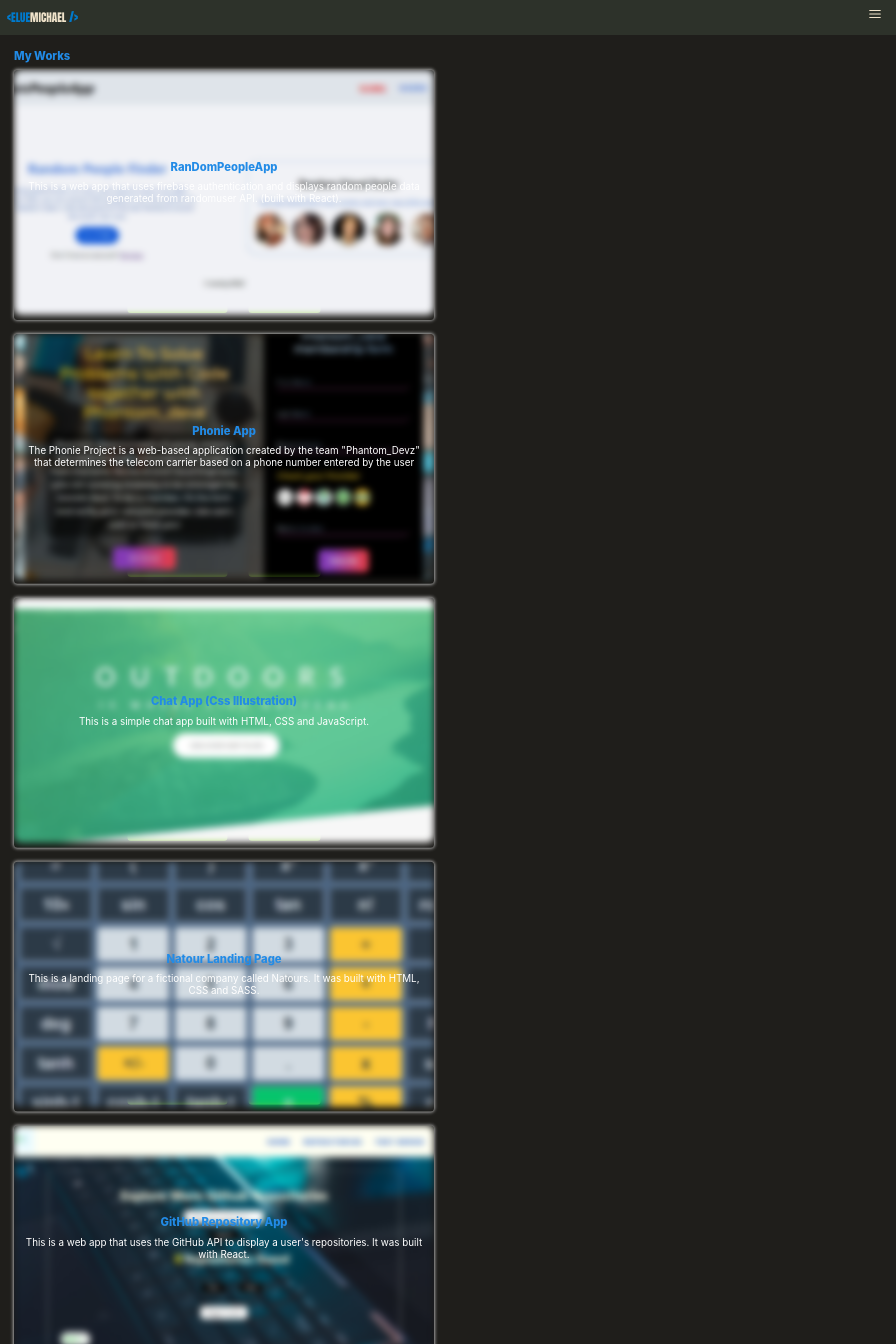
Repository: MikkyPrestige/portfolio
Page: /projects
The author's editor kept a copy of each file at every save. The page is drawn from the files as they stood at one save, then again after the next save.
The browser window is 1280 px wide. The pictures show the part of the page from y = 0 to 1920 px (the page is 5001 px tall), at 70% of full size.
The project was rebuilt for these pictures with package versions that can differ from the ones it lists, and the page was loaded fresh each time. Also part of the build but not shown: src/components/avatar.jsx, src/components/home.jsx, src/components/about.jsx, src/components/fallback.jsx.

Above is the page before, as saved 2023-02-21 17:31:19.

After the next save:
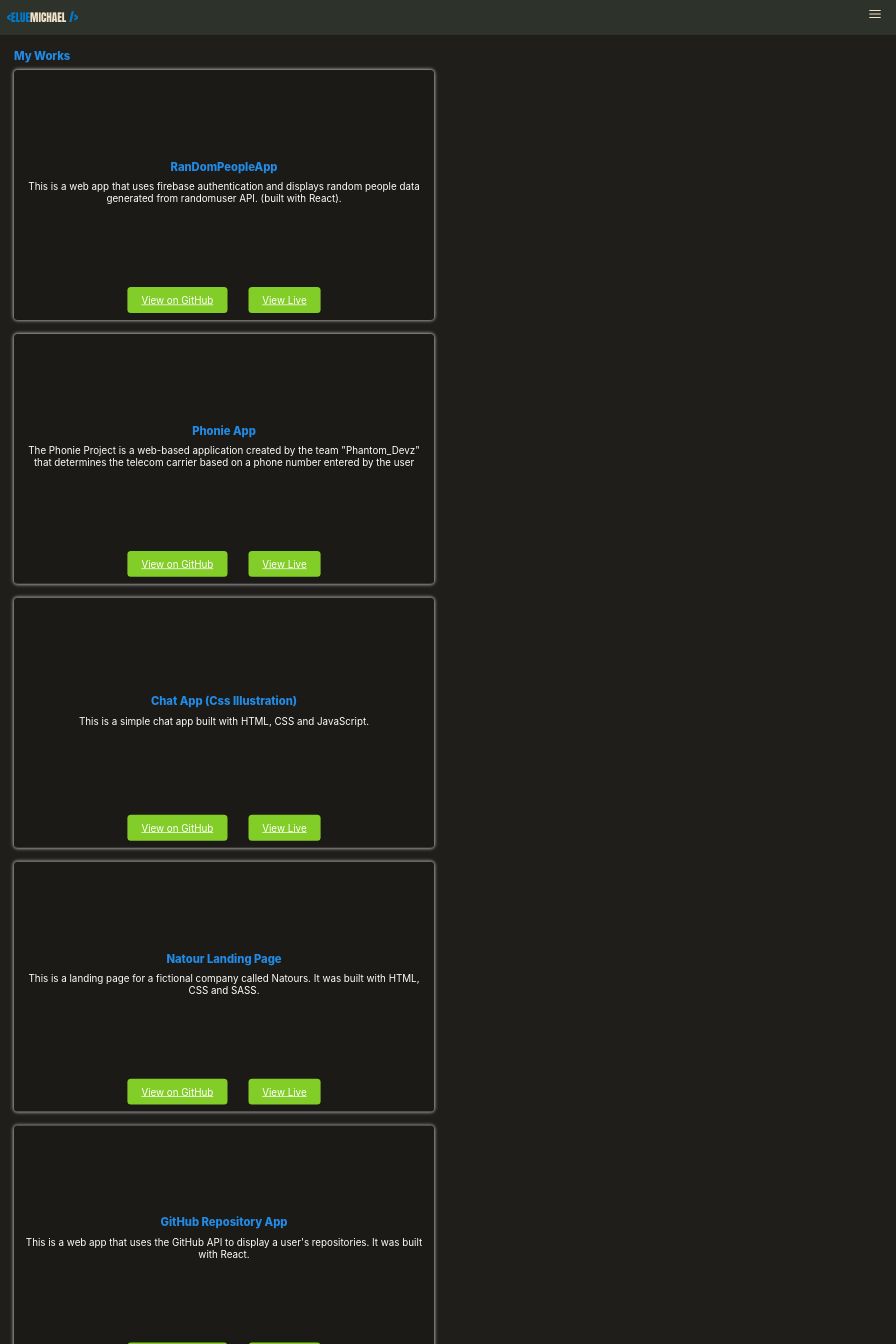
Saved 31 s later.
--- a/src/assets/styles/sass/pages/_projects.scss
+++ b/src/assets/styles/sass/pages/_projects.scss
@@ -49,7 +49,7 @@
       background-position: center;
       background-repeat: no-repeat;
       filter: blur(0.5rem);
-      // z-index: -1;
+      z-index: -1;
 
       &-1 {
         background-image: url(../../../images/randomApp.jpeg);
@@ -120,6 +120,7 @@
       top: 0;
       left: 0;
 
+
       &__title {
         font-family: var(--font--family--secondary);
         font-size: var(--font-size--large);

After the save that followed:
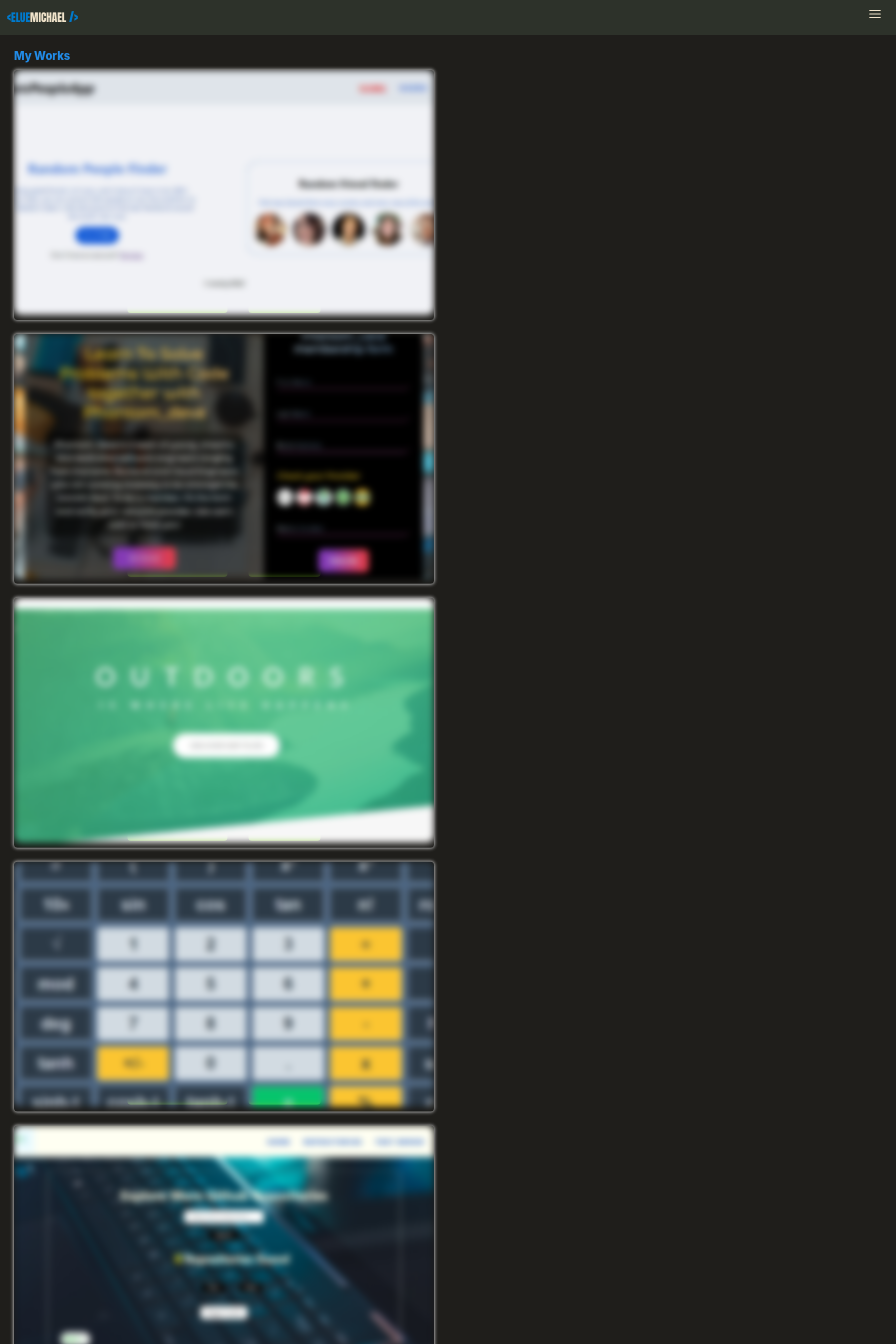
Saved 17 s later.
--- a/src/assets/styles/sass/pages/_projects.scss
+++ b/src/assets/styles/sass/pages/_projects.scss
@@ -49,7 +49,7 @@
       background-position: center;
       background-repeat: no-repeat;
       filter: blur(0.5rem);
-      z-index: -1;
+      z-index: 1;
 
       &-1 {
         background-image: url(../../../images/randomApp.jpeg);
